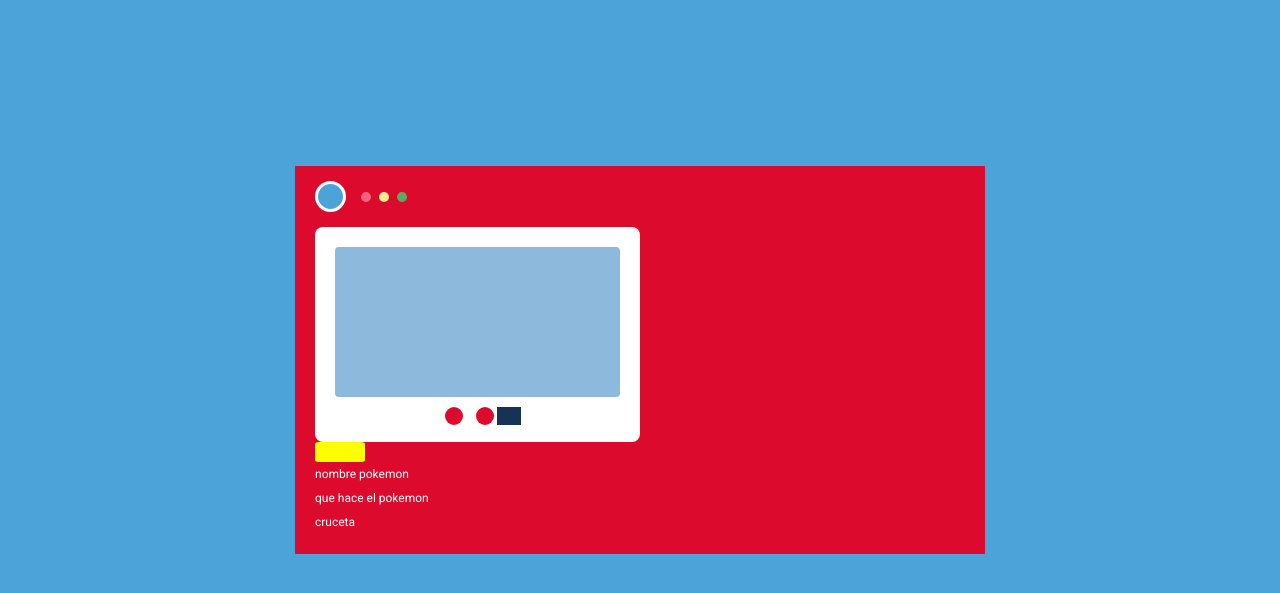
Repository: darkmantiz2/pokedex
Page: index.html
These files come from the project's save history. The page is drawn as it stood at one moment and after the next save; the edit follows.
The browser window is 1280 px wide. The pictures show the whole page.

Above is the page before, as saved 2022-01-19 17:30:18.

After the next save:
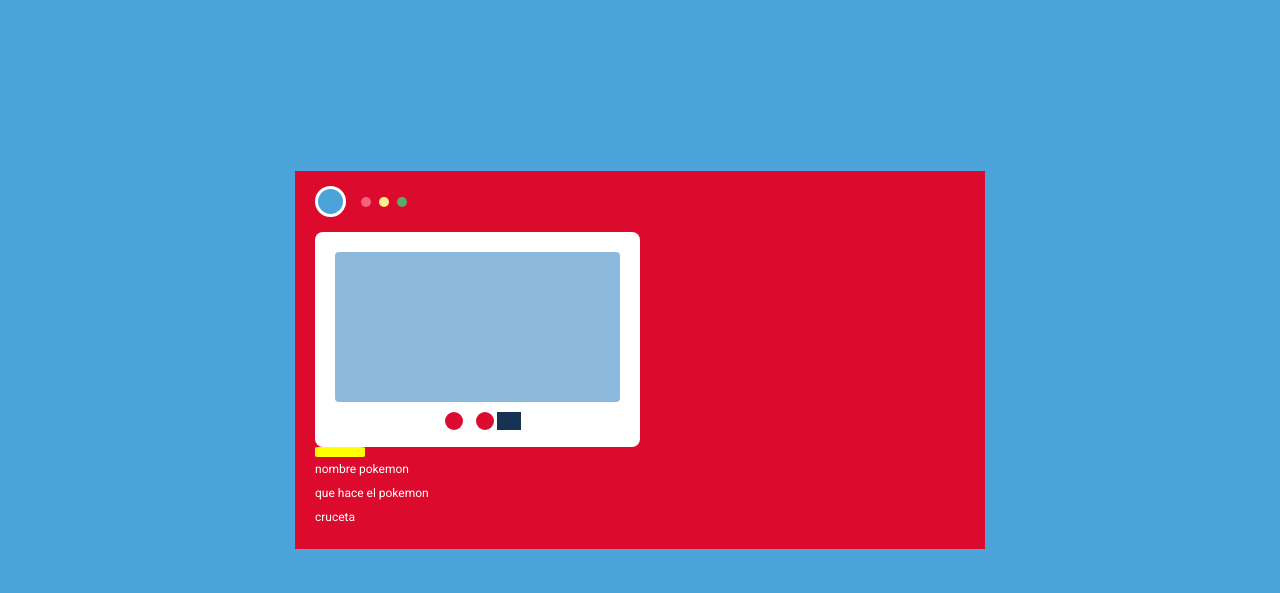
Saved 7 s later.
--- a/css/index.css
+++ b/css/index.css
@@ -128,8 +128,7 @@
   display: inline-block;
   width: 24px;
   height: 18px;
-  background: var(--secondary);
-
+  background: var(--secondary);1
 }
 .po 10%x-buttons{
   width: 50px;
@@ -142,7 +141,7 @@
 
 .pokedex-buttons-yellow{
   width: 50px;
-  height: 20px;
+  height: 10px;
   border-radius: 10%;
   background: yellow;
 }
